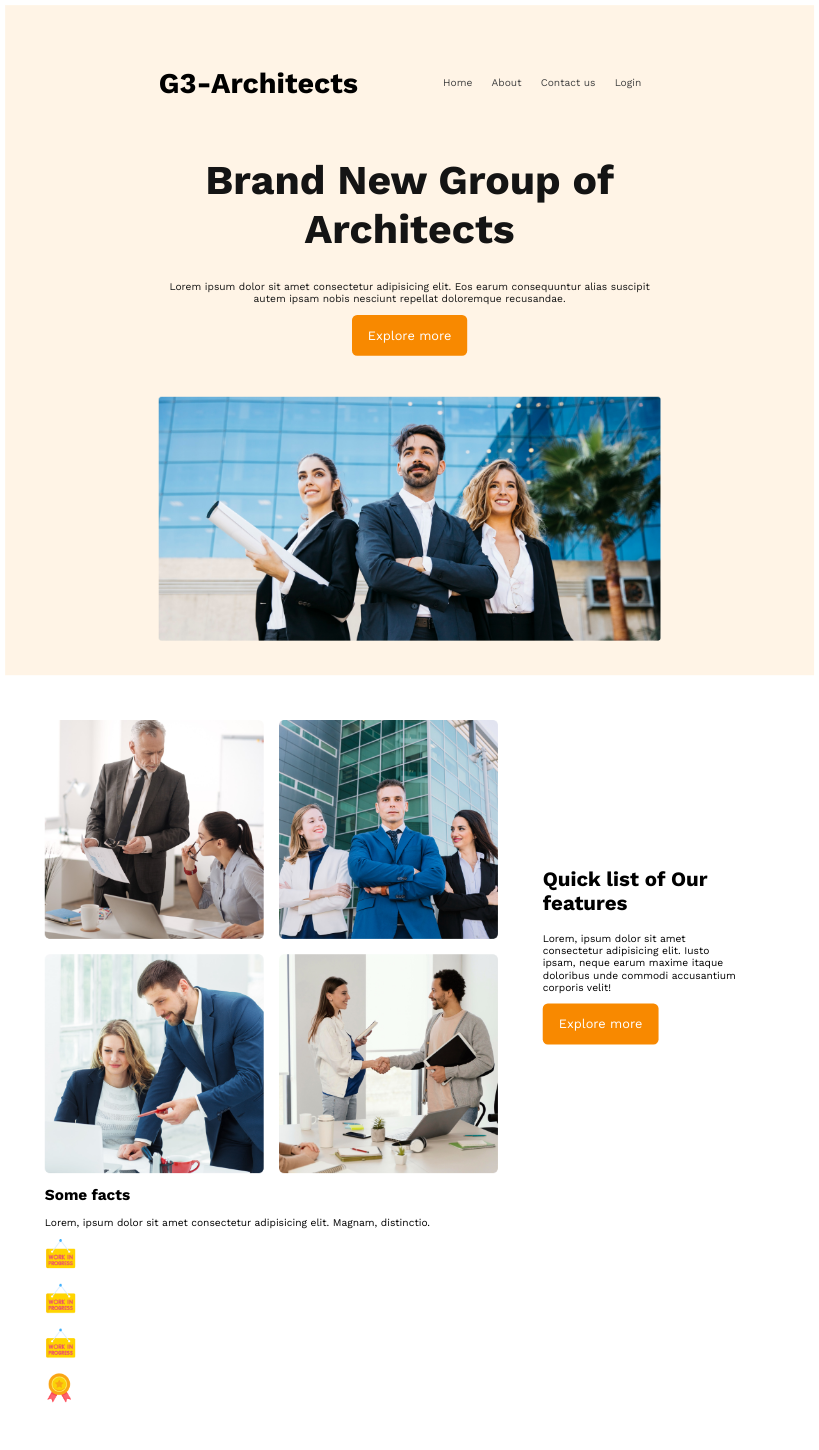
Repository: RudrasahaDibos/architects-resources
Page: index.html
The author's editor kept a copy of each file at every save. The page is drawn from the files as they stood at one save, then again after a run of saves.
The browser window is 1280 px wide. The pictures show the whole page, at 64% of full size.

Above is the page before, as saved 2024-10-06 22:00:25.

### index.html
<!DOCTYPE html>
<html lang="en">
<head>
    <meta charset="UTF-8">
    <meta name="viewport" content="width=device-width, initial-scale=1.0">
    <link rel="stylesheet" href="index.css">
    <title>Responsive web side</title>
</head>
<body>
       <header>
              <nav>
                <h3 class="nav-title">G3-Architects</h3>
              <ul>
                 <li><a href="">Home</a></li>
                 <li><a href="">About</a></li>
                 <li><a href="">Contact us</a></li>
                 <li><a href="">Login</a></li>
              </ul>
              </nav>
             <div class="banner">
                <div class="banner-content">
                     <h1 class="banner-title">Brand New Group of Architects</h1>
                     <p class="banner-discription">Lorem ipsum dolor sit amet consectetur adipisicing elit. Eos earum consequuntur alias suscipit autem ipsam nobis nesciunt repellat doloremque recusandae.</p>
                     <button class="btn-banner">Explore more</button>
                </div>
                 <img src="images/banner.png" alt="">
             </div>

       </header>
       <main>
                <section class="team-container">
                        <div class="team-container-img">
                            <img src="images/team1.png" alt="">
                            <img src="images/team2.png" alt="">
                            <img src="images/team3.png" alt="">
                            <img src="images/team4.png" alt="">
                        </div>
                        <div class="team-content">
                             <h1 class="team-title">Quick list of Our features</h1>
                             <p class="team-discription">Lorem, ipsum dolor sit amet consectetur adipisicing elit. Iusto ipsam, neque earum maxime itaque doloribus unde commodi accusantium corporis velit!</p>
                             <button class="btn-banner">Explore more</button>
                            </div>

                </section>
                <!-- features -->
                 <section>

                 </section>
                 <!-- some -->
                  <section class="some-container">
                         <h1 class="some-title">Some facts</h1>
                    <p class="some-discription">Lorem, ipsum dolor sit amet consectetur
                      adipisicing elit. Magnam, distinctio.</p>
                   <div class="fact-card-container">
                          <div class="card">
                            <img src="/images/icons/customers.png" alt="">
                            <h2 class="card-start"></h2>
                            <p class="card-title"></p>
                          </div>
                          <div class="card">
                            <img src="/images/icons/customers.png" alt="">
                            <h2 class="card-start"></h2>
                            <p class="card-title"></p>
                          </div>
                          <div class="card">
                            <img src="/images/icons/customers.png" alt="">
                            <h2 class="card-start"></h2>
                            <p class="card-title"></p>
                          </div>
                          <div class="card">
                            <img src="/images/icons/ribon.png" alt="">
                            <h2 class="card-start"></h2>
                            <p class="card-title"></p>
                          </div>
                  </div>
                  </section>
       </main>
       <footer>

       </footer>
</body>
</html>

### index.css
@import url('https://fonts.googleapis.com/css2?family=Work+Sans:ital,wght@0,100..900;1,100..900&display=swap');
/* shared section
 */
*{
    font-family: "Lato", sans-serif;
    font-family: "Open Sans", sans-serif;
    font-family: "Work sans", sans-serif;


}
.btn-banner{
    background-color: rgb(248, 137, 0);
    border-radius: 8px;
    font-size: 20px;
    padding: 20px 25px;
    color: #fff;
    border: 0;

}

/* header section */
header{
    background-color: rgba(255,144,14,0.10);
    padding: 50px 240px;

}
.nav-title{
    font-size: 2.8rem;
    font-weight: 700px;
}
nav{
    display: flex;
    justify-content: space-between;
    align-items: center;
}
nav >ul{
    display: flex;
}
nav li{
    list-style: none;
    margin-right: 30px;
    font-weight: 500px;
    font-size: 1rem;
}
 nav li a{
    text-decoration: none;
    color: #424242;
 }

 /* banner style */

 .banner-content{
    max-width: 800px;
    text-align: center;
    margin: 0 auto;
 }
 .banner-title{
    font-size: 4rem;
    font-weight: 700;
    color: #141414;
 }
 .banner-discription{
    color: #141414;
 }
 .banner img{
    margin-top: 4rem;
    width: 100%;
 }






 /* main  */

 main{
    max-width: 1140px;
    margin: 70px auto;

 }
 .team-container{
    display: flex;
    align-items: center;
 }
 .team-container-img{
    display: grid;
    grid-template-columns: repeat(2,1fr);
    gap: 1.5rem;
 }
 .team-content{
    margin-right: 60px  ;
    margin-left: 70px;
 }
 .team-title{
    font-size: 2.0rem;
 }

 /* media Quary */
 @media screen and (max-width: 576px) {
    header{
        padding: 20px;
    }
    nav, .team-container{
        flex-direction: column;
    }
    .team-container-img{
        grid-template-columns: repeat(1,1fr);
    }

 }

 @media screen and (min-width: 576px) and (max-width: 960px) {
    header{
        padding: 50px;
    }
    nav,.team-container{
        flex-direction: column;
    }
    .team-container-img{
        grid-template-columns: repeat(1,1fr);
    }
 }

After the next 2 saves:
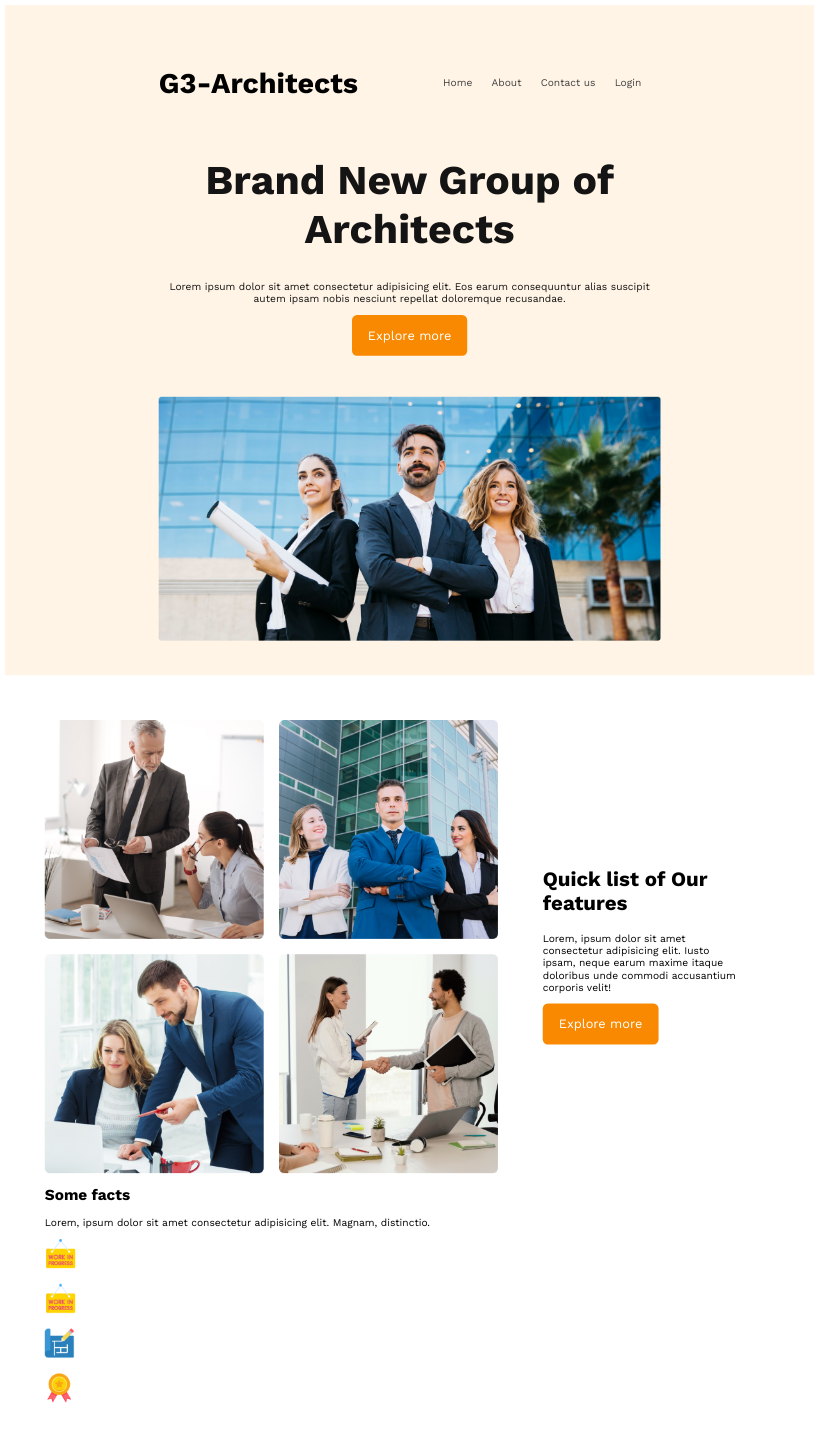
The 2 saves are shown as one change because they came seconds apart.
The last was saved 7 s later.
--- a/index.html
+++ b/index.html
@@ -63,7 +63,7 @@
                             <p class="card-title"></p>
                           </div>
                           <div class="card">
-                            <img src="/images/icons/customers.png" alt="">
+                            <img src="/images/icons/projects.png" alt="">
                             <h2 class="card-start"></h2>
                             <p class="card-title"></p>
                           </div>
